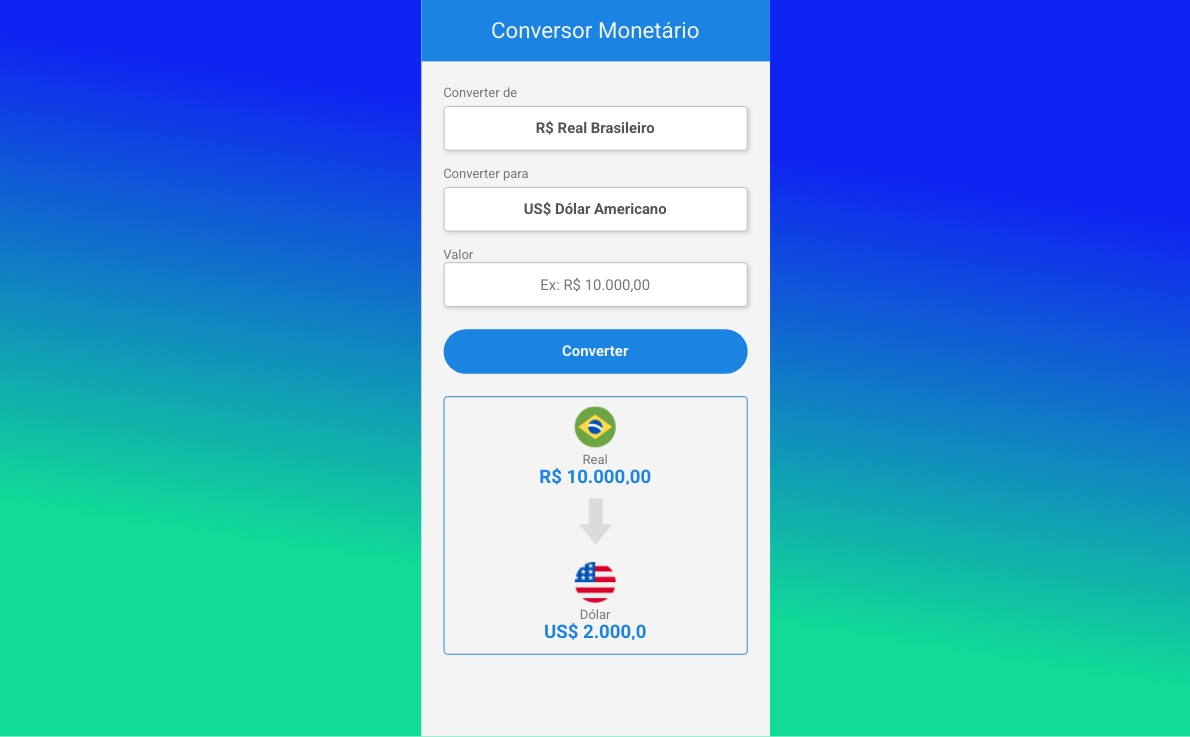
Repository: isayrous/coin-converter
Page: index.html
The author's editor kept a copy of each file at every save. The page is drawn from the files as they stood at one save, then again after the next save.
The browser window is 1280 px wide. The pictures show the whole page, at 93% of full size.

Above is the page before, as saved 2022-11-02 21:50:53.

After the next save:
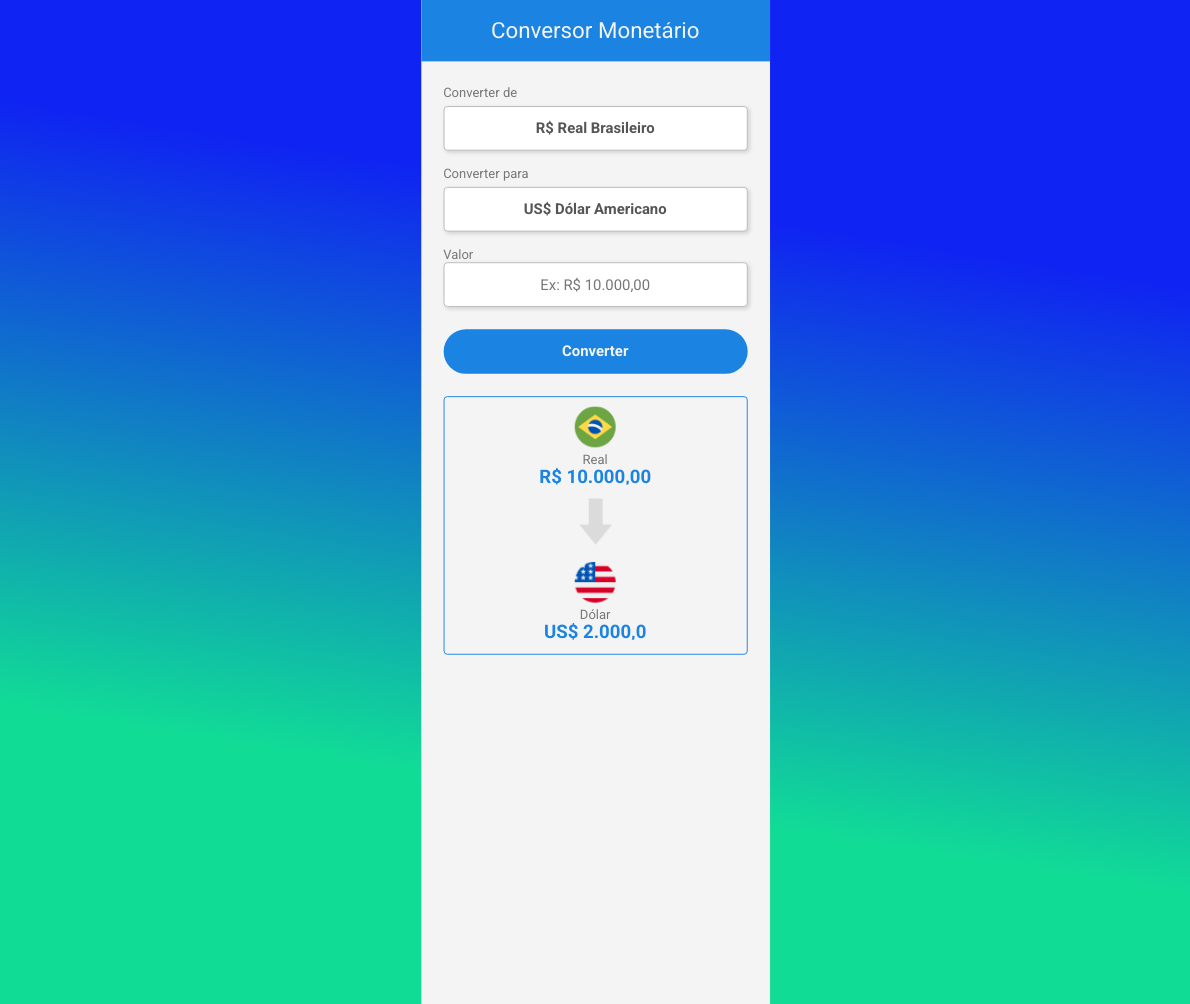
Saved 13 s later.
--- a/style.css
+++ b/style.css
@@ -12,7 +12,7 @@
 body{
     background: linear-gradient(189deg, rgba(15,35,242,1) 24%, rgba(17,220,150,1) 75%);
     width: 100vw;
-    height: 110vh;
+    height: 150vh;
     display: flex;
     justify-content: center;
 }
